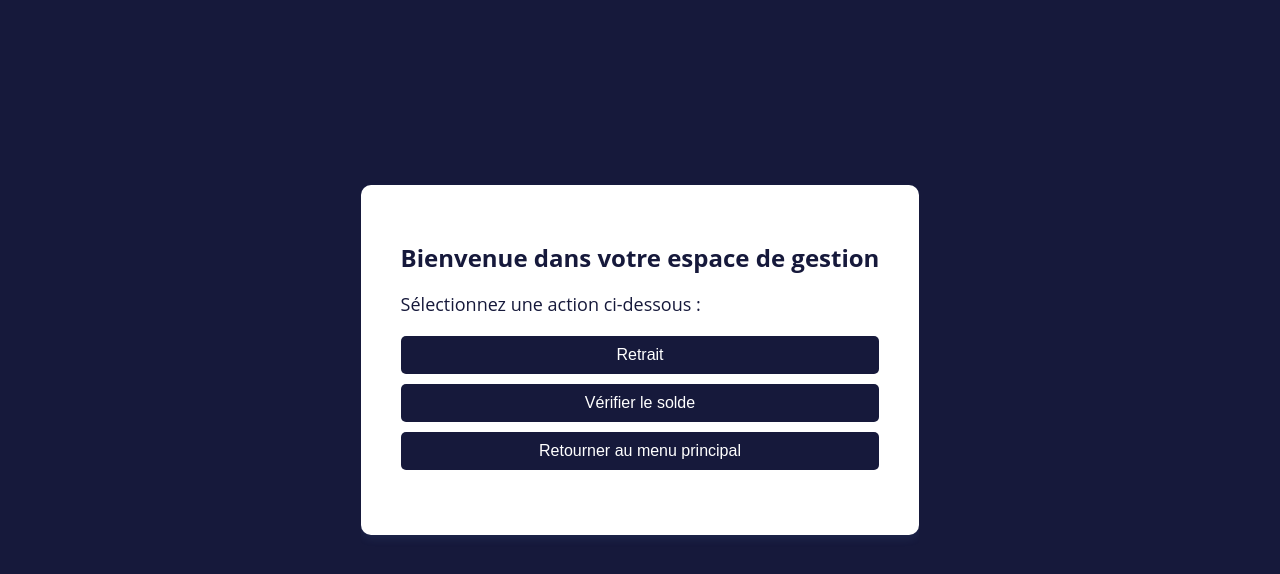
Repository: ndiawar/ProjetGab
Page: bienvenue.html
The author's editor kept a copy of each file at every save. The page is drawn from the files as they stood at one save, then again after the next save.
The browser window is 1280 px wide. The pictures show the whole page.

Above is the page before, as saved 2024-08-08 00:06:44.

After the next save:
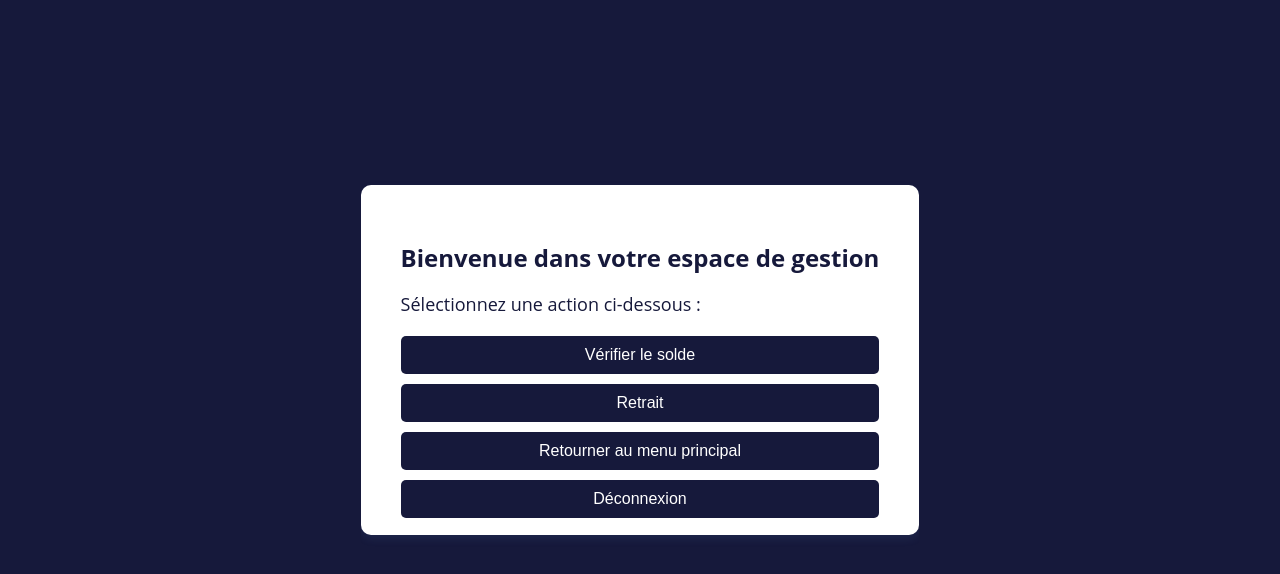
Not found: gestion.js
Saved 10 min 14 s later.
--- a/bienvenue.html
+++ b/bienvenue.html
@@ -10,9 +10,12 @@
     <div class="container">
         <h1 class="bienvenue">Bienvenue dans votre espace de gestion</h1>
         <p class="welcome-message">Sélectionnez une action ci-dessous :</p>
-        <button class="button retrait">Retrait</button>
-        <button class="button solde">Vérifier le solde</button>
-        <button class="button retour">Retourner au menu principal</button>
+        <button class="button" id="soldeButton">Vérifier le solde</button>
+        <button class="button" id="retraitButton">Retrait</button>
+        <button class="button" id="retourButton">Retourner au menu principal</button>
+        <button class="button" id="deconnexionButton">Déconnexion</button>
+        <p id="soldeMessage" class="solde-message"></p>
     </div>
+    <script src="gestion.js"></script>
 </body>
 </html>
